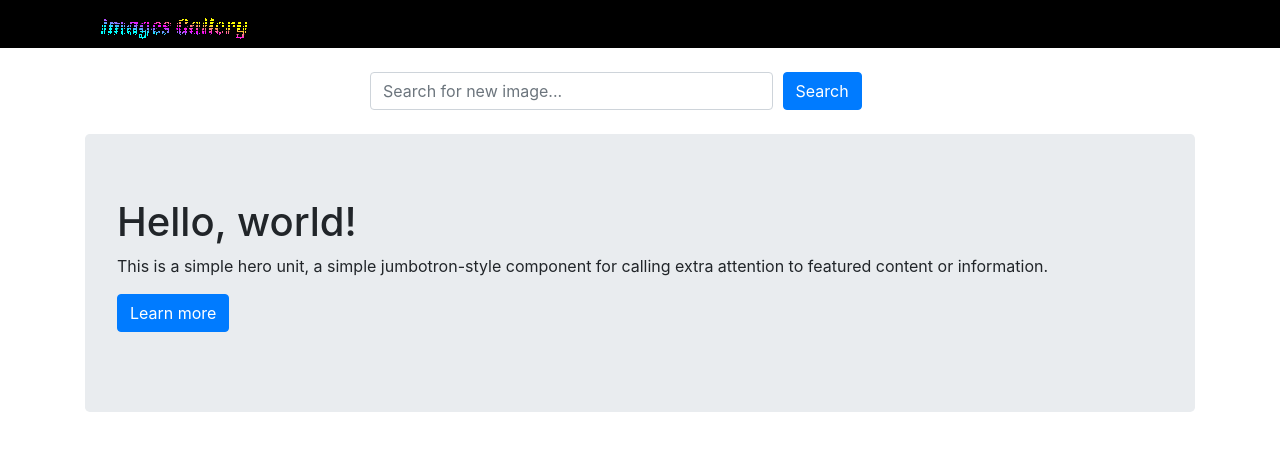
Repository: Zolds403/images-gallery
Page: / (app in frontend/)
An editor plug-in stored every save of this project. The page is shown before and after the next save, followed by the edit.
The browser window is 1280 px wide. The pictures show the whole page.
The page's requests for data from a server got no answer. The project was rebuilt for these pictures with package versions that can differ from the ones it lists, and the page was loaded fresh each time. No one was signed in, and anything a server would have sent is missing. Also part of the build but not shown: frontend/src/components/ImageCard.js.

Above is the page before, as saved 2021-06-09 17:21:06.

After the next save:
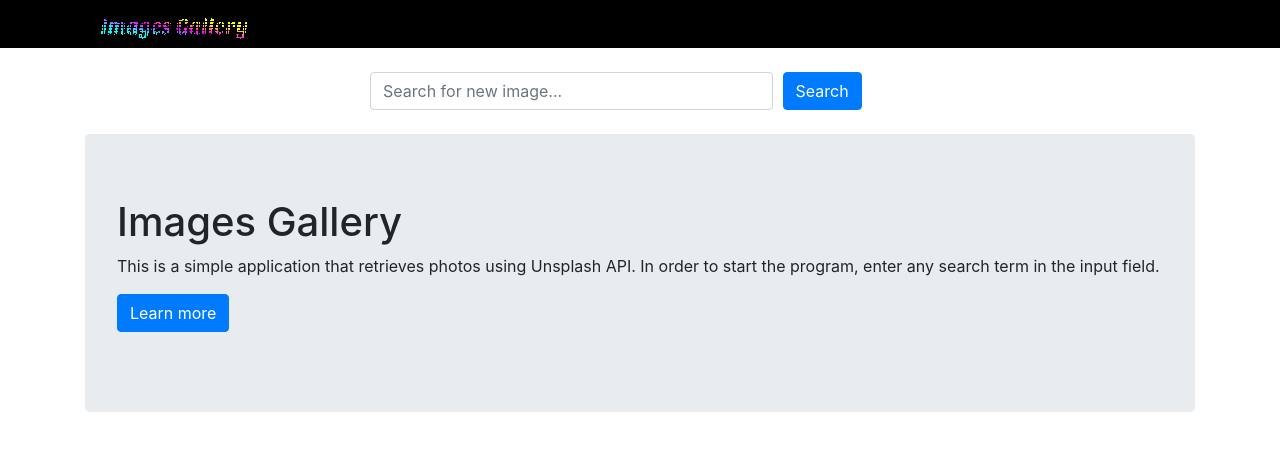
Saved 6 min 12 s later.
--- a/frontend/src/components/Welcome.js
+++ b/frontend/src/components/Welcome.js
@@ -4,10 +4,10 @@ import { Jumbotron, Button } from 'react-bootstrap';
 
 const Welcome = () => (
   <Jumbotron>
-    <h1>Hello, world!</h1>
+    <h1>Images Gallery</h1>
     <p>
-      This is a simple hero unit, a simple jumbotron-style component for calling
-      extra attention to featured content or information.
+      This is a simple application that retrieves photos using Unsplash API. In
+      order to start the program, enter any search term in the input field.
     </p>
     <p>
       <Button variant="primary" href="https://unsplash.com" target="-blank">
